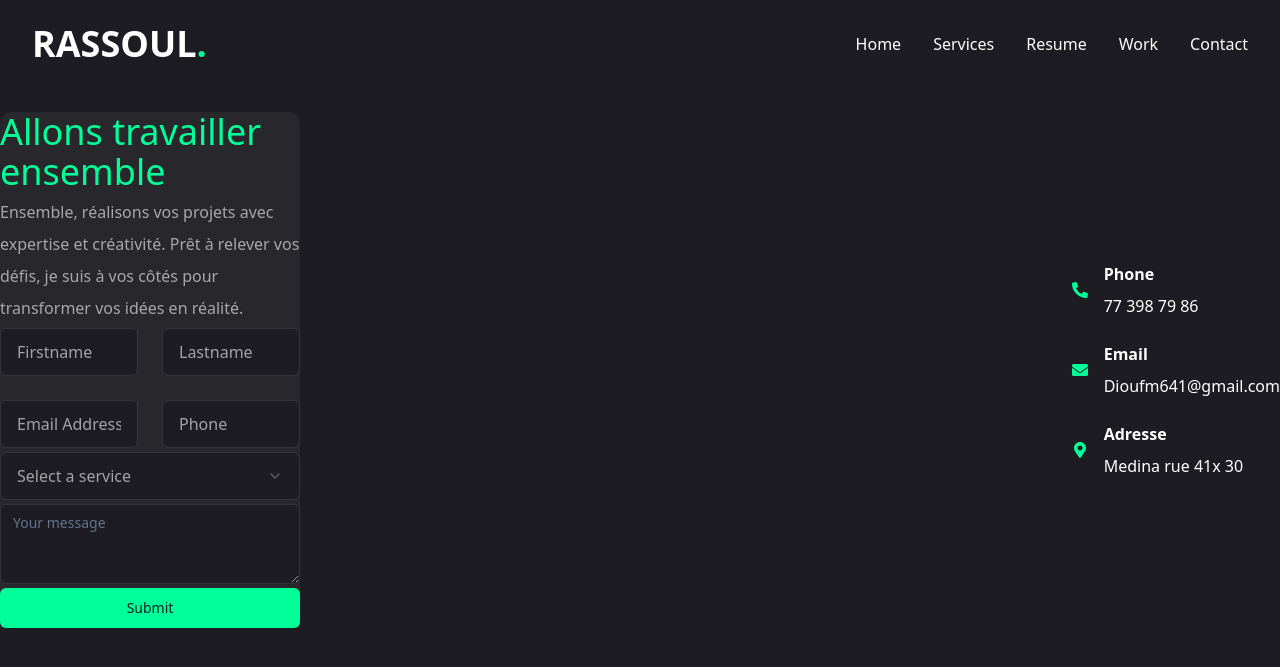
Repository: MDiouf9/portfolio2
Page: /contact
An editor plug-in stored every save of this project. The page is shown before and after the next save, followed by the edit.
The browser window is 1280 px wide. The pictures show the whole page.
The project was rebuilt for these pictures with package versions that can differ from the ones it lists, and the page was loaded fresh each time. The framework's server and built-in components were replaced by stand-ins that run in the browser. Also part of the build but not shown: next.config.mjs.

Above is the page before, as saved 2024-10-16 00:04:52.

After the next save:
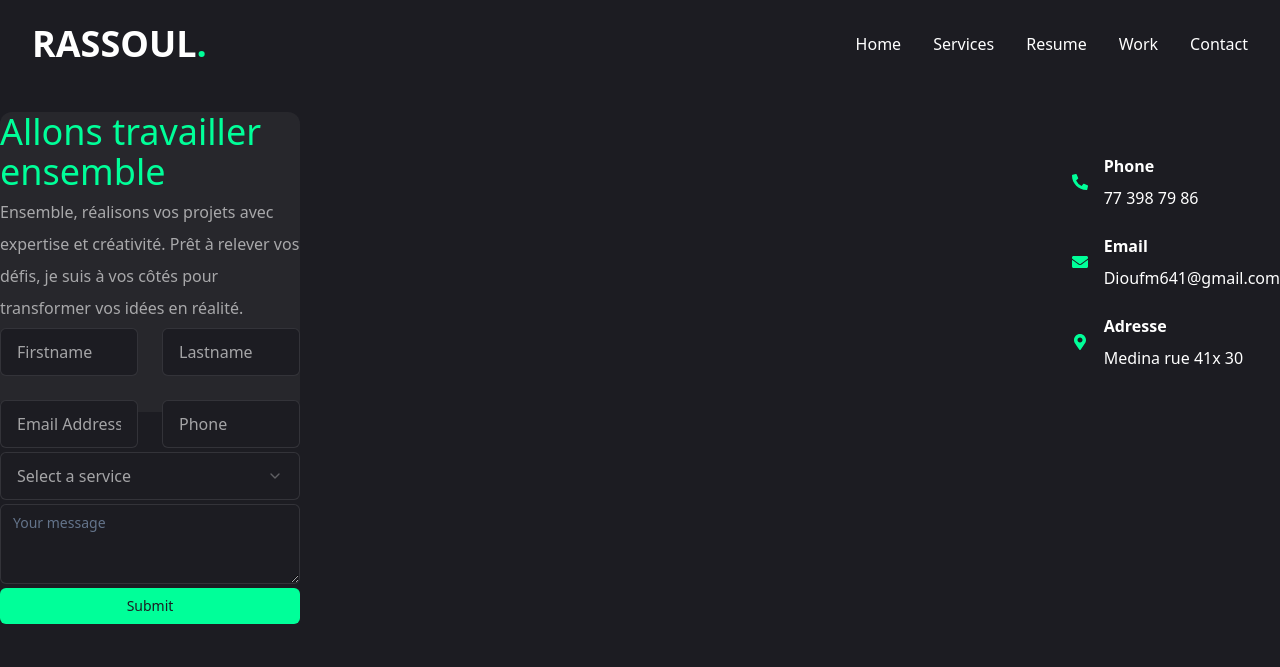
Saved 5 s later.
--- a/src/app/contact/page.tsx
+++ b/src/app/contact/page.tsx
@@ -46,7 +46,7 @@ const Contact = () => {
         <div className="flex flex-col   xl:flex-row gap-[30px]">
           {/* Formulaire de contact */}
           <div className="  xl:h-[54%] order-2  xl:order-none ">
-            <form className="flex flex-col w-[300px] w-[300px] gap-1  bg-[#27272c] rounded-xl ">
+            <form className="flex flex-col w-[300px] h-[300px] gap-1  bg-[#27272c] rounded-xl ">
               <h3 className="text-4xl text-accent"> Allons travailler ensemble</h3>
               <p className="text-white/60">
 
